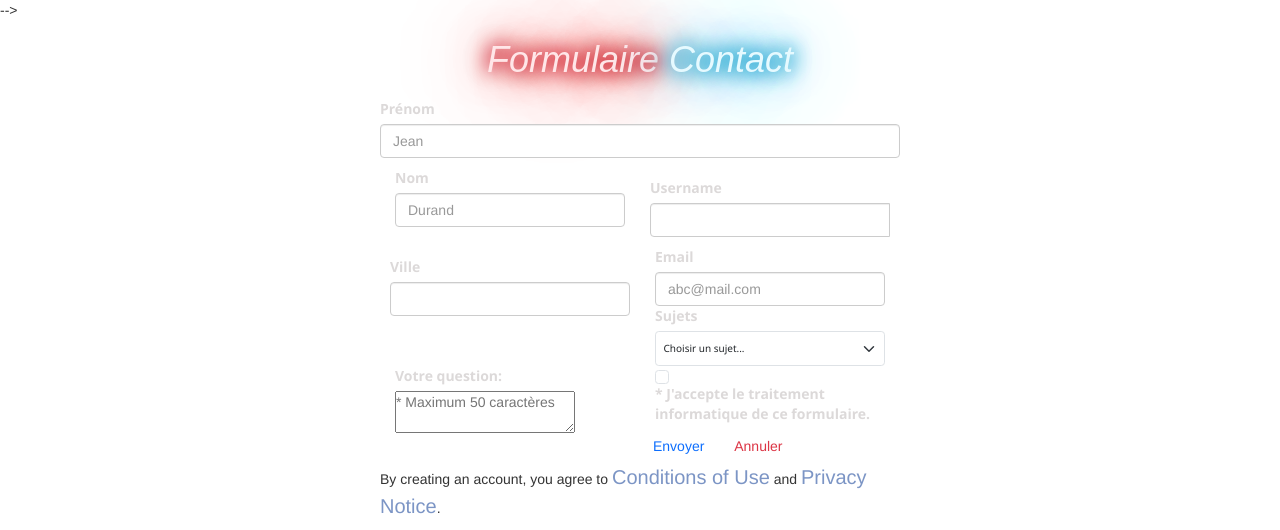
Repository: fab5052/Site
Page: contact.html
These files come from the project's save history. The page is drawn as it stood at one moment and after the next save; the edit follows.
The browser window is 1280 px wide. The pictures show the part of the page from y = 646 to 1176 px (the page is 1176 px tall).
Backgrounds fixed to the window are drawn as part of the page. Some web libraries are served in a nearby version.

Above is the page before, as saved 2024-03-13 20:07:36.

### contact.html
 <!doctype html>
<html lang="fr">

<head>
  <meta charset="utf-8">
  <meta name="viewport" content="width=device-width, initial-scale=1">
  <meta name="description" content="">


  <title>Fil_Rouge</title>


  <!-- Custom styles for this template -->


  <!-- Bootstrap core CSS -->
  <script src="https://cdn.jsdelivr.net/npm/popper.js@1.16.0/dist/umd/popper.min.js"
  integrity="sha384-Q6E9RHvbIyZFJoft+2mJbHaEWldlvI9IOYy5n3zV9zzTtmI3UksdQRVvoxMfooAo"
  crossorigin="anonymous"></script>
  <link href="https://cdn.jsdelivr.net/npm/bootstrap@5.3.2/dist/css/bootstrap.min.css" rel="stylesheet"
  integrity="sha384-T3c6CoIi6uLrA9TneNEoa7RxnatzjcDSCmG1MXxSR1GAsXEV/Dwwykc2MPK8M2HN" crossorigin="anonymous">
  <link rel='stylesheet' href='//maxcdn.bootstrapcdn.com/bootstrap/3.3.5/css/bootstrap.min.css'>
  <link rel='stylesheet' href='https://stackpath.bootstrapcdn.com/font-awesome/4.7.0/css/font-awesome.min.css'>
  <link rel="stylesheet" href="//netdna.bootstrapcdn.com/bootstrap/3.1.1/css/bootstrap.min.css">

  <link rel="stylesheet" href="//netdna.bootstrapcdn.com/bootstrap/3.1.1/css/bootstrap-theme.min.css">
  <script src="https://ajax.googleapis.com/ajax/libs/jquery/3.7.1/jquery.min.js"></script>
  <!-- Custom styles for this template -->
  <link href="assets/css/nav.css" rel="stylesheet">







  </head>




  <body>



    <header>



      <nav class="container-fluid col-12 d-flex justify-content-between ">

        <a href="index.html" class="nav-icon" aria-label="homepage" aria-current="page">
          <span><img class="Logo" src="assets/img/images_the_district/the_district_brand/logo_transparent.png"></span>

        </a>

        <div class="main-navlinks">
      <bouton type="button" class=" toggle " aria-label="Toggle Navigation" aria-expanded="false">
            <span></span>
            <span></span>
            <span></span>

          </button>



        </div>
          <div class="navlinks-container d-flex ">

            <h3><a class="nav-link" href="index.html" aria-current="page">Accueil</a></h3>
           <h3> <a class="nav-link" href="categories.html">Catégories</a></h3>
           <h3><a class="nav-link" href="plat.html">Plats</a></h3>
          <h3><a class="nav-link" href="contact.html">Contact</a></h3>

          </div>




      <!--  <form class="d-flex">
          <input class="form-control mr-2 width: 65px height: 25px text-left" type="search" placeholder="recherche..."
            aria-label="Search"
            style=" opacity: 0.75; box-shadow: 2px 2px 10px 2px rgba(49, 34, 34, 0.9) inset; border: 1px #403737 solid; border-right: 1px #0f0d0d89 solid; text-align: center; font-size: 20px; font-family: Calibri; letter-spacing: 2px">

          <button class="btn btn-outline-secondary" type="submit"> <svg xmlns="http://www.w3.org/2000/svg" width="16"
              height="16" fill="currentColor" class="bi bi-search" viewBox="0 0 16 16"
              style="transform: translateY(-15%) ">
              <path
                d="M11.742 10.344a6.5 6.5 0 1 0-1.397 1.398h-.001q.044.06.098.115l3.85 3.85a1 1 0 0 0 1.415-1.414l-3.85-3.85a1 1 0 0 0-.115-.1zM12 6.5a5.5 5.5 0 1 1-11 0 5.5 5.5 0 0 1 11 0" />
            </svg>
          </button>
        </form>-->




            <div class="nav-authentication ">




                <h3><a href="#"><i class="fa fa-shopping-cart red"></i><span class="badge badge-red">0</span></a>
                </h3>




              <div class="sign-btns">
                <a href="#"><img src="assets/img/user.svg"  class="user-toggler" aria-label="Sign in page" alt="user icon" >
           <span class="badge badge-red">0</span></a></h3>
           <a><i class="fa fa-sign-in" aria-hidden="true"></i></a>
          </div>

              </div>
            </div>


            <div id="search" >
              <input type="text" name="input" class="input" placeholder="Search" />
              <button type="reset" class="search " id="search-button"></button>
            </div>



      </nav>



    </header>

    <div class="parallax " >


<main class="main-content">


   <div class="_2HZ1tocj _3OOC9meJ" data-uniqid="1"><svg alt="" aria-label="" xmlns="http://www.w3.org/2000/svg"
        version="1.1" viewBox="0 0 1024 1024" width="24px" height="24px" role="img" fill="#222">
        <path
          d="M500.6 99c-125.8 0-227.8 102-227.9 227.8 0 125.8 102 227.9 227.9 227.9 125.8 0 227.9-102 227.8-227.9 0-125.9-102-227.9-227.8-227.8z m0 68.3c88.2 0 159.6 71.4 159.6 159.5 0 88.1-71.5 159.6-159.6 159.6-88.1 0-159.6-71.5-159.6-159.6 0-88.1 71.5-159.6 159.6-159.5z m94.8 415.9l-166.8 0c-161.3 0-292.7 110.7-292.6 248l0 14c0 69 63.5 79 264.4 79.3l223.2 0 49-0.5c158.9-2.6 215.4-17.2 215.4-78.8l0-14c0-137.3-131.3-248-292.6-248z m0 60.1c124.2 0 224.3 84.4 224.3 187.9l0 14c0 1.5-8.8 6.6-38.6 11.4-33.7 5.5-79.6 7.4-157.7 7.7l-222.9 0c-81.2-0.1-124.5-1.8-157.8-7-30-4.7-38.5-9.7-38.5-12.1l0-14c0-103.4 100.1-187.8 224.4-187.9l166.8 0z">
        </path>
      </svg>
      <div class="_28KKe2JR">Se connecter/S'inscrire</div>
    </div>



    <div class="container">
      <div class="row justify-content-center">
        <div class="col-md-4">
          <h2 class="mt-5 mb-3 text-center">Connexion</h2>
          <form method="POST" name="connexion" id="validationCustom" class="needs-validation" novalidate>
            <div class="mb-3">
              <label for="validationCustomUsername" class="form-label">Nom d'utilisateur</label>
              <div class="input-group has-validation">
                <input type="text" class="form-control" id="validationCustomUsername"
                  aria-describedby="inputGroupPrepend" required>
                <div class="valid-feedback">Valide!</div>
                <div class="invalid-feedback">Veuillez choisir un nom d'utilisateur.</div>
              </div>
            </div>
            <div class="mb-3">
              <label for="validationCustomPassword" class="form-label">Mot de passe</label>
              <input type="password" class="form-control" id="validationCustomPassword" required>
              <div class="invalid-feedback">Veuillez saisir un mot de passe.</div>
            </div>
            <button class="btn btn-outline-primary w-100 mb-3" type="submit">Se connecter</button>
          </form>
          <p class="text-center">Pas encore de compte ? <a href="inscription.html">Inscrivez-vous ici</a></p>
        </div>
      </div>
    </div>
  </div>
-->


<h1 class="mt-md-8">
  <i class="neon-red">Formulaire</i>
  <i class="neon-blue">Contact</i>
</h1>





<div class="container">
  <div class="row justify-content-center">
    <div class="col-md-6">

      <form method="POST" name="connexion" id="validationCustom" class="needs-validation" novalidate>
        <div class="mb-3">

 <form method="POST" name="inscription" id="validationCustom" class=" needs-validation " novalidate>

       <span>   <label for="validationCustom01" class="form-label">Prénom</label></span>
          <input type="text" class="form-control" id="validationCustom01" placeholder="Jean" required>
          <div class="valid-feedback">Semble correcte!</div>
        </div>


        <div class="col-md-6 ">
          <div class="valid-feedback">Semble correcte!</div>
          <span> <label for="validationCustom02" class="form-label">Nom</label></span>
          <input type="text" class="form-control" id="validationCustom01" placeholder="Durand" required>
        </div>


        <div class="col-md-6 p-3">
          <span><label for="validationCustomUsername" class="form-label">Username</label></span>
          <div class="input-group has-validation">
            <input type="text" class="form-control" id="validationCustom01" aria-describedby="inputGroupPrepend"
              required>
            <div class="valid-feedback">Semble correcte!</div>
            <div class="invalid-feedback">Choisissez un nom d'utilisateur entre 8 et 12 caractères.</div>
          </div>
          </div>

        <div class="col-md-6 p-3">
          <label for="validationCustom03" class="form-label">Ville</label>
          <input type="text" class="form-control" id="validationCustom01" required>
          <div class="invalid-feedback">Chosissez un nom de ville correcte.</div>
        </div>

        <div class="col-md-6 ">
          <label for="validationCustom05" class="form-label">Email</label>

          <input type="email" class="form-control" id="validationCustom01" aria-describedby="emailHelpId"
            placeholder="abc@mail.com" required>

        <div class="invalid-feedback">L'adresse doit contenir un "@". </div>

        </div>


        <div class="col-md-6">
          <label for="validationCustom04" class="form-label">Sujets</label>
          <select class="form-select" id="validationCustom01" required>

            <option value="" selected>Veuillez séléctionner un sujet</option>
            <option value="produit">Question sur un produit</option>
            <option value="reclamation">Réclamation</option>
            <option value="autres">Autres</option>
          <option selected disabled value="">Choisir un sujet...</option>
        </select>

        </div>

        <div class="col-md-6">
          <label class="form-label">Votre question:</label>
          <textarea class="form-label " name="question" id="question" placeholder="* Maximum 50 caractères"
            required></textarea>

          <div class="invalid-feedback">* Remplir le champ question.</div>
        </div>

        <div class="col-md-6">
        <div class="form-check ">
          <input class="form-check-input" type="checkbox" value="accepter" id="traitement" name="traitement" required>
        </div>
    </div>

    <div class="col-md-6">
          <label class="form-check-label" for="traitement">* J'accepte le traitement informatique de ce
            formulaire.</label>
          <div class="invalid-feedback">Vous devez valider.</div>
        </div>


        <div>
          <button class="btn btn-outline-primary" style="color:primary; " type="submit" value="Envoyer">Envoyer</button>
          <button class="btn btn-outline-danger" type="reset" value="Annuler">Annuler</button>
        </div>





       <div class="d-block  ">
                By creating an account, you agree to <a
                  href="/gp/help/customer/display.html/ref=ap_register_notification_condition_of_use?ie=UTF8&amp;nodeId=643006">Conditions
                  of Use</a> and <a
                  href="/gp/help/customer/display.html/ref=ap_register_notification_privacy_notice?ie=UTF8&amp;nodeId=643000">Privacy
                  Notice</a>.
              </div>

            </div>




          </form>

        </fieldset>


 <!--<div class="a-box a-spacing-extra-large">
    <div class="a-box-inner">
      <form id="a-page" class="ap_register_form" name="register" method="post" action="MailHandler-sub.php" novalidate>


        <h1 class="a-spacing-small">
          Create account
        </h1>




        <div class="a-row a-spacing-base">





          <label for="ap_customer_name" class="a-form-label">
            Your name
          </label>


          <input type="text" maxlength="50" id="ap_customer_name" autocomplete="name" placeholder="First and last name"
            name="customerName" tabindex="1"
            class="a-input-text a-span12 auth-autofocus auth-required-field a-form-error">





          <div id="auth-customerName-missing-alert"
            class="a-box a-alert-inline a-alert-inline-error auth-inlined-error-message a-spacing-top-mini" role="alert"
            style="display: block;">
            <div class="a-box-inner a-alert-container"><i class="a-icon a-icon-alert"></i>
              <div class="a-alert-content">
                Enter your name
              </div>
            </div>
          </div>



          <div id="auth-inline-customerName-success-checklist" class="a-section auth-inline-success-checklist">
            <div id="auth-customerName-success-check-item-1"
              class="a-box a-alert-inline a-alert-inline-success auth-inline-grey-check-item a-spacing-top-mini"
              aria-live="polite" aria-atomic="true">
              <div class="a-box-inner a-alert-container"><i class="a-icon a-icon-alert"></i>
                <div class="a-alert-content">
                  Use at least 1 character
                </div>
              </div>
            </div>


          </div>


        </div>



        <label for="ap_email" class="a-form-label">
          Mobile number or email
        </label>


        <input type="email" maxlength="64" id="ap_email" autocomplete="email" name="email" tabindex="3"
          class="a-input-text a-span12 a-spacing-micro auth-required-field auth-require-claim-validation"
          data-validation-id="email">






        <div id="auth-email-missing-alert"
          class="a-box a-alert-inline a-alert-inline-error auth-inlined-error-message a-spacing-top-mini" role="alert">
          <div class="a-box-inner a-alert-container"><i class="a-icon a-icon-alert"></i>
            <div class="a-alert-content">
              Enter your email or mobile phone number
            </div>
          </div>
        </div>





        <div id="auth-email-invalid-claim-alert"
          class="a-box a-alert-inline a-alert-inline-error auth-inlined-error-message a-spacing-top-mini" role="alert">
          <div class="a-box-inner a-alert-container"><i class="a-icon a-icon-alert"></i>
            <div class="a-alert-content">
              Enter a valid email address or phone number
            </div>
          </div>
        </div>





        <div id="auth-inline-email-success-checklist" class="a-section auth-inline-success-checklist">
          <div id="auth-email-success-check-item-1"
            class="a-box a-alert-inline a-alert-inline-success auth-inline-grey-check-item a-spacing-top-mini"
            aria-live="polite" aria-atomic="true">
            <div class="a-box-inner a-alert-container"><i class="a-icon a-icon-alert"></i>
              <div class="a-alert-content">
                Use half-width characters
              </div>
            </div>
          </div>


          <div id="auth-email-success-check-item-2"
            class="a-box a-alert-inline a-alert-inline-success auth-inline-grey-check-item a-spacing-top-mini"
            aria-live="polite" aria-atomic="true">
            <div class="a-box-inner a-alert-container"><i class="a-icon a-icon-alert"></i>
              <div class="a-alert-content">
                Use a valid e-mail or mobile number
              </div>
            </div>
          </div>

        </div>



        <div class="auth-require-fields-match-group">


          <div class="a-row a-spacing-base">


            <label for="ap_password" class="a-form-label">
              Password
            </label>


            <input type="password" maxlength="1024" id="ap_password" autocomplete="off"
              placeholder="At least 6 characters" name="password" tabindex="5"
              class="a-input-text a-span12 auth-required-field auth-require-fields-match auth-require-password-validation">






            <div class="a-box a-alert-inline a-alert-inline-info auth-inlined-information-message a-spacing-top-mini"
              aria-live="polite" aria-atomic="true">
              <div class="a-box-inner a-alert-container"><i class="a-icon a-icon-alert"></i>
                <div class="a-alert-content">
                  Passwords must be at least 6 characters.
                </div>
              </div>
            </div>




            <div id="auth-password-missing-alert"
              class="a-box a-alert-inline a-alert-inline-error auth-inlined-error-message a-spacing-top-mini"
              role="alert">
              <div class="a-box-inner a-alert-container"><i class="a-icon a-icon-alert"></i>
                <div class="a-alert-content">
                  Enter at least 6 half-width characters
                </div>
              </div>
            </div>





            <div id="auth-password-invalid-password-alert"
              class="a-box a-alert-inline a-alert-inline-error auth-inlined-error-message a-spacing-top-mini"
              role="alert">
              <div class="a-box-inner a-alert-container"><i class="a-icon a-icon-alert"></i>
                <div class="a-alert-content">
                  Enter at least 6 half-width characters
                </div>
              </div>
            </div>




            <div id="auth-inline-password-success-checklist" class="a-section auth-inline-success-checklist">
              <div id="auth-password-success-check-item-1"
                class="a-box a-alert-inline a-alert-inline-success auth-inline-grey-check-item a-spacing-top-mini"
                aria-live="polite" aria-atomic="true">
                <div class="a-box-inner a-alert-container"><i class="a-icon a-icon-alert"></i>
                  <div class="a-alert-content">
                    Use half-width characters
                  </div>
                </div>
              </div>


              <div id="auth-password-success-check-item-2"
                class="a-box a-alert-inline a-alert-inline-success auth-inline-grey-check-item a-spacing-top-mini"
                aria-live="polite" aria-atomic="true">
                <div class="a-box-inner a-alert-container"><i class="a-icon a-icon-alert"></i>
                  <div class="a-alert-content">
                    Use at least 6 characters
                  </div>
                </div>
              </div>

            </div>







          <div class="a-row a-spacing-base">



            <label for="ap_password_check" class="a-form-label">
              Re-enter password
            </label>


            <input type="password" maxlength="1024" id="ap_password_check" autocomplete="off" name="passwordCheck"
              tabindex="6" class="a-input-text a-span12 auth-required-field auth-require-fields-match">




            <div id="auth-passwordCheck-missing-alert"
              class="a-box a-alert-inline a-alert-inline-error auth-inlined-error-message a-spacing-top-mini"
              role="alert">
              <div class="a-box-inner a-alert-container"><i class="a-icon a-icon-alert"></i>
                <div class="a-alert-content">
                  Type your password again
                </div>
              </div>
            </div>


            <div id="auth-password-mismatch-alert"
              class="a-box a-alert-inline a-alert-inline-error auth-inlined-error-message a-spacing-top-mini"
              role="alert">
              <div class="a-box-inner a-alert-container"><i class="a-icon a-icon-alert"></i>
                <div class="a-alert-content">
                  Passwords must match
                </div>
              </div>
            </div>





            <div id="mobileClaimDisclosureMessage"
              class="a-section a-spacing-top-mini auth-inlined-information-message aok-hidden">
              By enrolling a mobile phone number, you consent to receive automated
              security notifications via text message from Amazon. Remove your number
              in
              Login &amp; Security to cancel. For more information reply HELP. Message
              and
              data rates may apply. Message frequency varies.
            </div>
            <div id="mobileClaimDisclosureMessageRelaxed"
              class="a-section a-spacing-top-mini auth-inlined-information-message aok-hidden">
              To verify your number, we will send you a text message with a temporary
              code. Message and data rates may apply.
            </div>



            <div class="a-section a-spacing-extra-large">
              <span id="auth-continue"
                class="a-button a-button-span12 a-button-primary auth-requires-verify-modal"><span
                  class="a-button-inner"><input id="continue" tabindex="8" class="a-button-input" type="submit"
                    aria-labelledby="auth-continue-announce"><span id="auth-continue-announce" class="a-button-text"
                    aria-hidden="true">
                    <span class="default-text">Continue</span>
                    <span class="phone-text aok-hidden">Verify mobile
                      number</span>
                    <span class="email-text aok-hidden">Verify email</span>
                  </span></span></span>
            </div>-->












            <script src="toggle.js"></script>

            <script src="https://cdnjs.cloudflare.com/ajax/libs/popper.js/1.16.0/umd/popper.min.js"></script>
            <script src="https://maxcdn.bootstrapcdn.com/bootstrap/4.5.2/js/bootstrap.min.js"></script>
            <script src="https://cdn.jsdelivr.net/npm/bootstrap@5.3.2/dist/js/bootstrap.bundle.min.js"
              integrity="sha384-C6RzsynM9kWDrMNeT87bh95OGNyZPhcTNXj1NW7RuBCsyN/o0jlpcV8Qyq46cDfL"
              crossorigin="anonymous"></script>



</body>

</html>

Loaded but not shown: toggle.js (32 lines, source omitted); assets/css/nav.css (912 lines, source omitted)

After the next save:
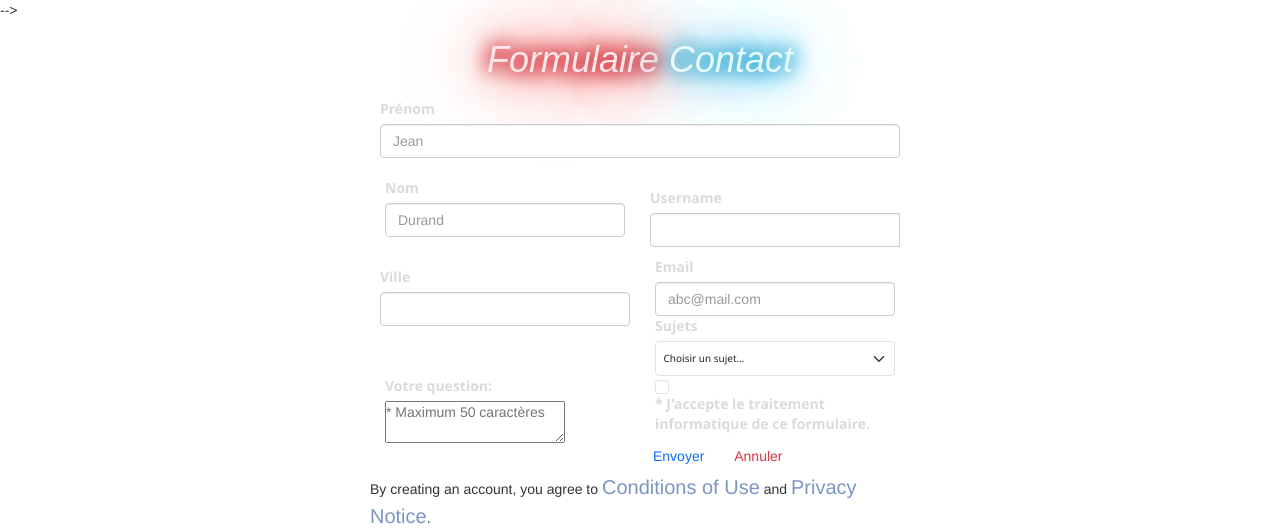
Saved 40 s later.
--- a/contact.html
+++ b/contact.html
@@ -187,7 +187,6 @@
   <div class="row justify-content-center">
     <div class="col-md-6">
 
-      <form method="POST" name="connexion" id="validationCustom" class="needs-validation" novalidate>
         <div class="mb-3">
 
  <form method="POST" name="inscription" id="validationCustom" class=" needs-validation " novalidate>
